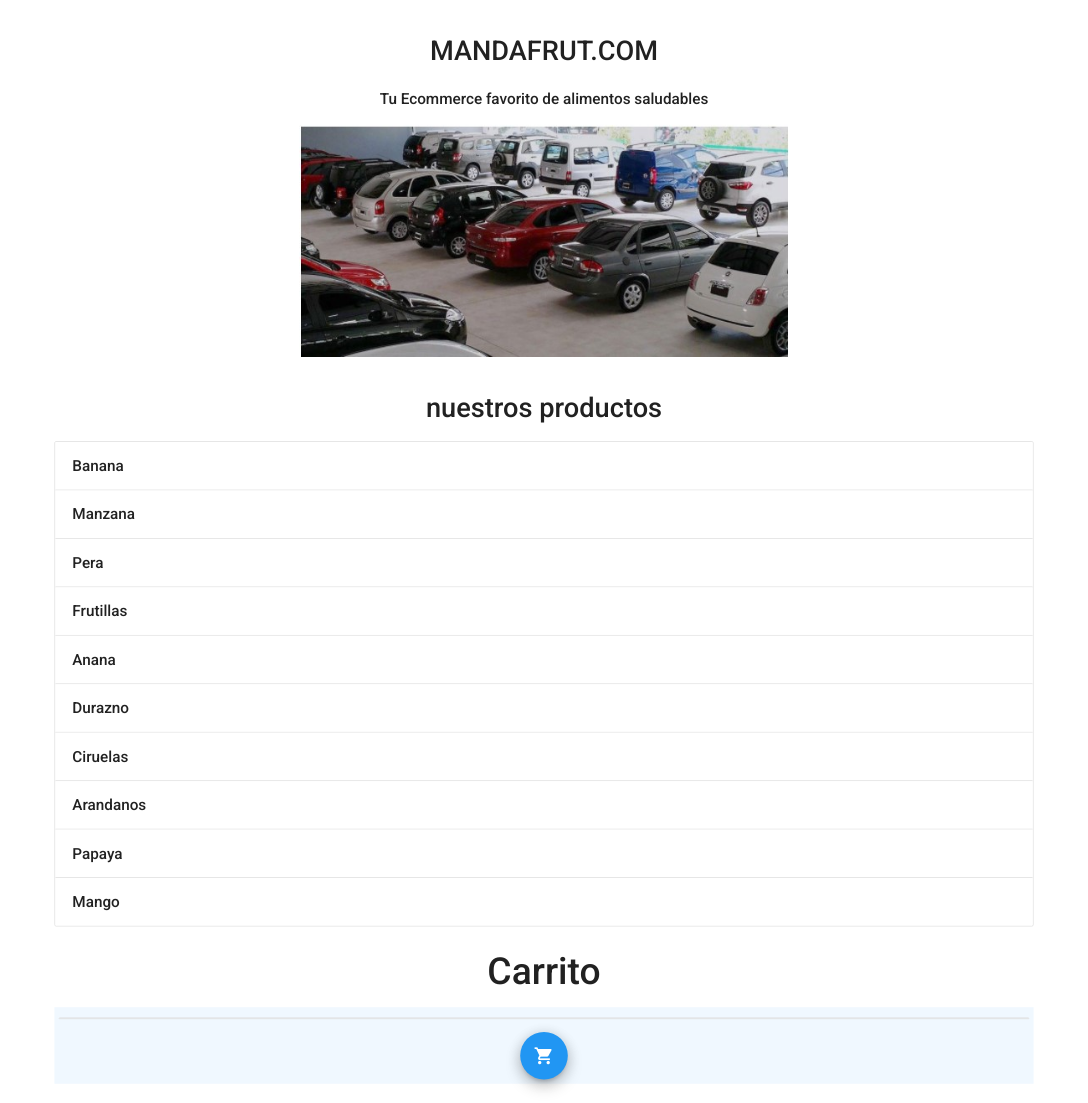
Repository: gadiazsaavedra/SimuladorInteractiv-14-03
Page: index.html
These files come from the project's save history. The page is drawn as it stood at one moment and after the next save; the edit follows.
The browser window is 1280 px wide. The pictures show the whole page, at 85% of full size.

Above is the page before, as saved 2022-03-14 22:39:42.

### index.html
<!DOCTYPE html>
<html lang="es">
    <head>
        <meta charset="UTF-8">
        <title>Acceso al DOM</title>
        <meta http-equiv="X-UA-Compatible" content="IE=edge">
        <meta name="viewport" content="width=device-width, initial-scale=1.0">
        <link rel="stylesheet" href="https://cdnjs.cloudflare.com/ajax/libs/materialize/1.0.0/css/materialize.min.css">
        <script src="https://cdnjs.cloudflare.com/ajax/libs/materialize/1.0.0/js/materialize.min.js"></script>
        <link href="https://fonts.googleapis.com/icon?family=Material+Icons" rel="stylesheet">
        <link rel="stylesheet" href="css/styles.css">
        <script defer src="js/variables.js"></script>
        <script defer src="js/main.js"></script>
    </head>
    <body>
        <div class="center">
            <h1 id="titulo">TÍTULO WEBeo</h1>
            <p id="slogan">Un slogan que atraiga compradores.</p>
            <img class="responsive-img" src="images/logo.jpg" width="50%" >
        </div>
        <div>
            <h2 class="center">nuestros productos</h2>
            <ul class="collection" id="listadoFrutas">

            </ul>
        </div>
        <div class="center">
            <h3>Carrito</h3>
        </div>
        <div class="color-carrito carrito center">
            <ul class="collection" id="listadoCarrito">

            </ul>
            <a class="btn-floating btn-large blue white-text
                     z-depth-3 waves-effect waves-light" href="checkout.html">
                <i class="material-icons">shopping_cart</i>
            </a>
        </div>
        <br>
    </body>
</html>

### css/styles.css
@import url('https://fonts.googleapis.com/css2?family=Roboto:ital,wght@0,100;0,300;0,500;0,700;1,100;1,300;1,500;1,700&display=swap');

div, form {
    font-family: 'Roboto', Arial, Helvetica, sans-serif;
    margin-left: 5%;
    margin-right: 5%;
}

form {
    padding: 2em;
}

.color-formulario {
    background-color: whitesmoke;
}

h1, h2 {
    font-size: xx-large;
}

p, li {
    font-size: 1.2em;
}

.collection-item {
    line-height: 2em !important;
}

.color-carrito {
    background-color: aliceblue;
}

.carrito {
    border-color: whitesmoke;
    padding: 5px;
}

.italica-carrito {
    font-style: italic;
}

.fondo-inputs {
    background-color: aquamarine !important;
}

### js/variables.js
// const productos = ['Motherboard ATX Intel', 'Memoria RAM 4 GB DDR3', 'Hard Disk 80 GB SEAGATE', 'Monitor Viewsonic .31', 'Case Babytower', 'Fuente 100~240 ATX 5 AMP']
const productos = ['Banana', 'Manzana', 'Pera', 'Frutillas', 'Anana', 'Durazno', 'Ciruelas', 'Arandanos', 'Papaya', 'Mango']
const carrito = []

const titulo = document.getElementById("titulo")
const slogan = document.getElementById("slogan")

const ul = document.getElementById("listadoFrutas") //Dentro de este nodo, cargaré los <li> con los productos
const listadoCarrito = document.getElementById("listadoCarrito") //En este otro, los productos a comprar

### js/main.js
titulo.innerText = "MANDAFRUT.COM"
slogan.innerText = "Tu Ecommerce favorito de alimentos saludables"
// titulo.innerText = "HARDWAREVINTAGE.COM"
// slogan.innerText = "Tu Ecommerce favorito de repuestos informáticos out-of-stock"

const cargarProductos = ()=> { //Usen el DEBUGGER para seguir el código paso a paso
    for (fruta of productos) {
        const liProductos = document.createElement("li")
                liProductos.className = "collection-item"
                liProductos.innerText = fruta
                liProductos.setAttribute("onclick", `agregarAlCarrito('${fruta}')`)
                ul.append(liProductos)
            }
}

// SI QUEREMOS CREAR LOS ELEMENTOS HTML DE FORMA DINAMICA
const agregarAlCarrito = (prod)=> { //Usen el DEBUGGER para seguir el código paso a paso
    if (prod > "") {
        const id = prod + "enCarrito" //ID dinámico, para operar desde JS
        const liCarrito = document.createElement("li")
              liCarrito.className = "collection-item italica-carrito"
              liCarrito.innerText = prod
              liCarrito.id = id //ID dinámico
              liCarrito.setAttribute("ondblclick", `eliminarDelCarrito('${id}')`)
              listadoCarrito.append(liCarrito)
    }
}

//Para crear la opción de eliminar del carrito, debemos generar un ID dinámico
//al momento de crear un <li> por cada producto agregado al Carrito.
const eliminarDelCarrito = (productoID)=> { //Usen el DEBUGGER para seguir el código paso a paso
    if (confirm("¿Desea eliminar el producto del carrito?")) {
        const itemAeliminar = document.getElementById(productoID)
              itemAeliminar.remove()
              return
    }
}

//CARGAR LISTADO DE PRODUCTOS AL INGRESAR A LA PÁGINA
cargarProductos()

After the next save:
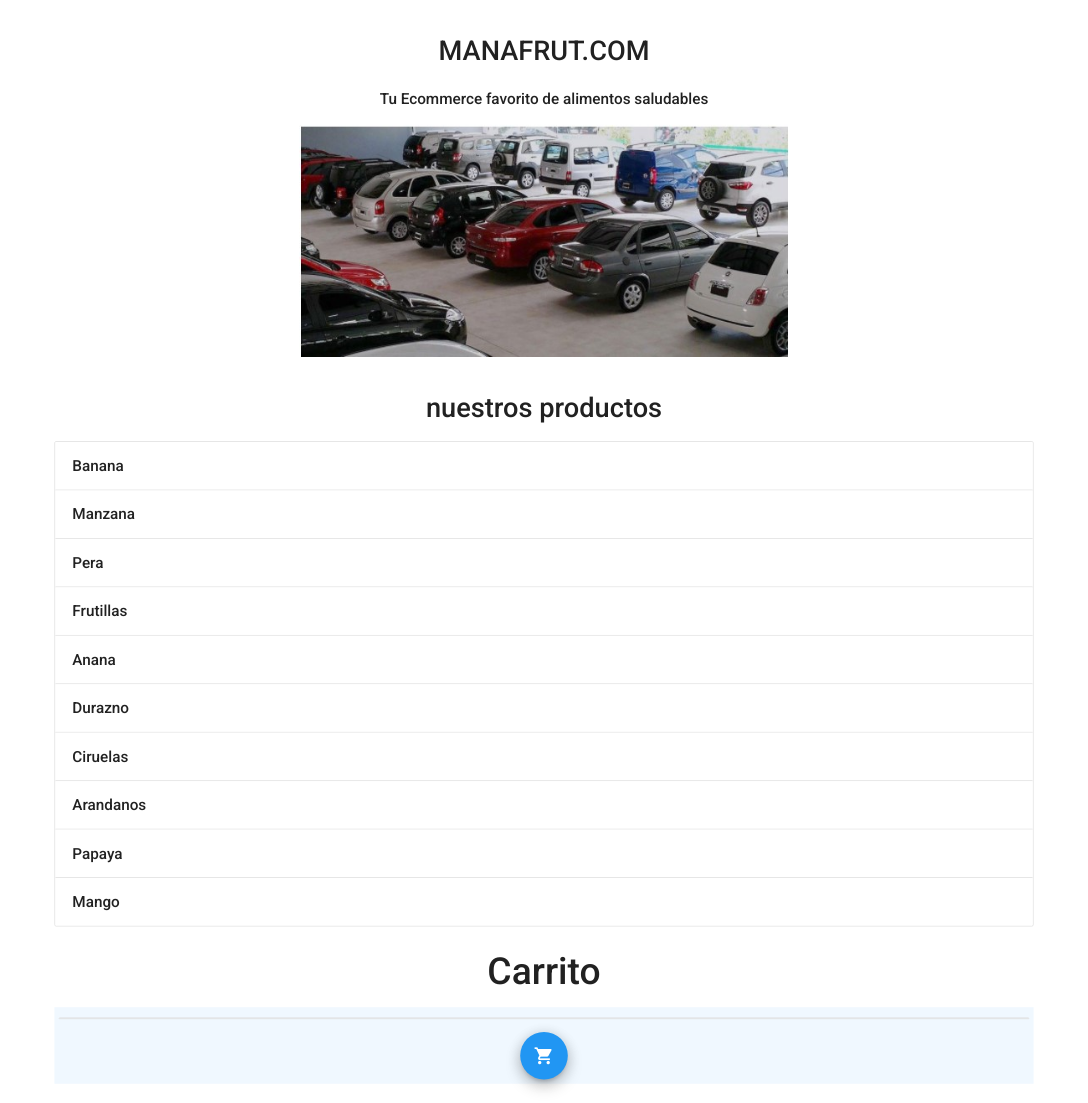
Saved 15 s later.
--- a/js/main.js
+++ b/js/main.js
@@ -1,4 +1,4 @@
-titulo.innerText = "MANDAFRUT.COM"
+titulo.innerText = "MANAFRUT.COM"
 slogan.innerText = "Tu Ecommerce favorito de alimentos saludables"
 // titulo.innerText = "HARDWAREVINTAGE.COM"
 // slogan.innerText = "Tu Ecommerce favorito de repuestos informáticos out-of-stock"
